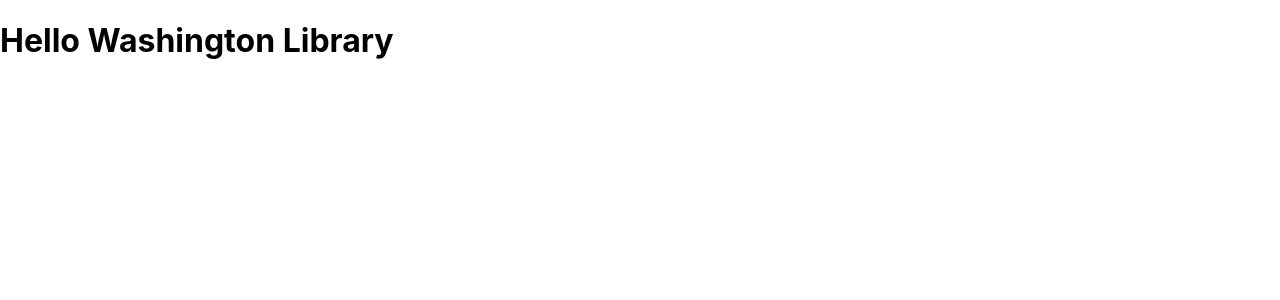
Repository: CaptainStorm21/intro-react-hooks
Page: /
The author's editor kept a copy of each file at every save. The page is drawn from the files as they stood at one save, then again after a run of saves.
The browser window is 1280 px wide. The pictures show the whole page.
The project was rebuilt for these pictures with package versions that can differ from the ones it lists, and the page was loaded fresh each time.

Above is the page before, as saved 2020-05-24 22:14:22.

### src/index.js
import React from "react";
import ReactDOM from "react-dom";
import "./index.css";

import * as serviceWorker from "./serviceWorker";

function Hello({ library, message, books }) {
  return (
    <div>
      <h1>Hello {library}</h1>
      <h4></h4>
    </div>
  )
}



// function Hello(props) {
//   console.log(props);
//   console.log(Object.keys(props));
//   return (
//     <div>
//       <h1>Hello from {props.library}</h1>
//       <h3>{props.message}</h3>
//       <h4> books available to rent - {props.books}</h4>
//       <h5>Props used - {Object.keys(props).length}</h5>
//     </div>
//   )
// }

// function Hello() {
//   return (
//     <div>
//       <p> rendering is happening </p>
//       <h1>Hello world!</h1>
//     </div>
//   )
// }
ReactDOM.render(
  //  React.createElement("h1", null, "Hello"),
  // React.createElement("h1", { style: { color: "red" } }, "Hello"),
  // React.createElement("div", { style: { color: "blue" } },
  // React.createElement("h1", null, "Morning")  ),
  // <ul>
  //   <li>Pizza</li>
  //   <li>Sushi</li>
  // </ul>,
  // /* <Hello></Hello>, */
  <Hello library="Washington Library" message="Open for all " books={10}/>,
  document.getElementById("root")
);

Loaded but not shown: public/index.html (common file); src/index.css (common file); src/serviceWorker.js (common file)

After the next 2 saves:
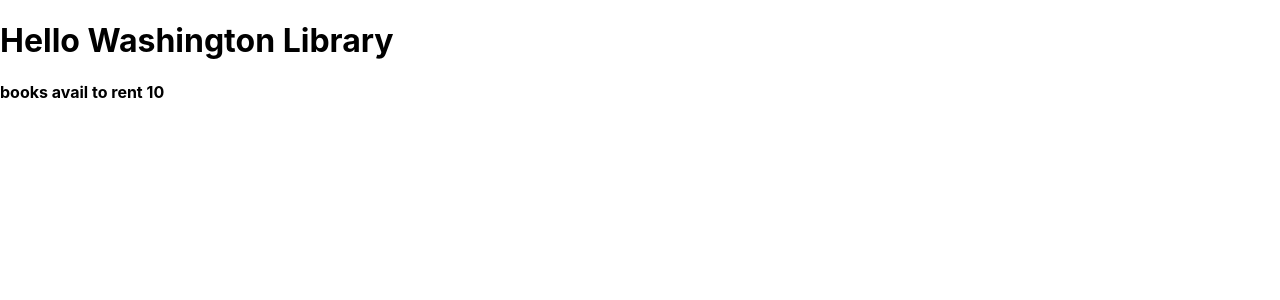
The 2 saves are shown as one change because they came seconds apart.
The last was saved 10 s later.
--- a/src/index.js
+++ b/src/index.js
@@ -8,7 +8,7 @@ function Hello({ library, message, books }) {
   return (
     <div>
       <h1>Hello {library}</h1>
-      <h4></h4>
+      <h4>books avail to rent {books}</h4>
     </div>
   )
 }
